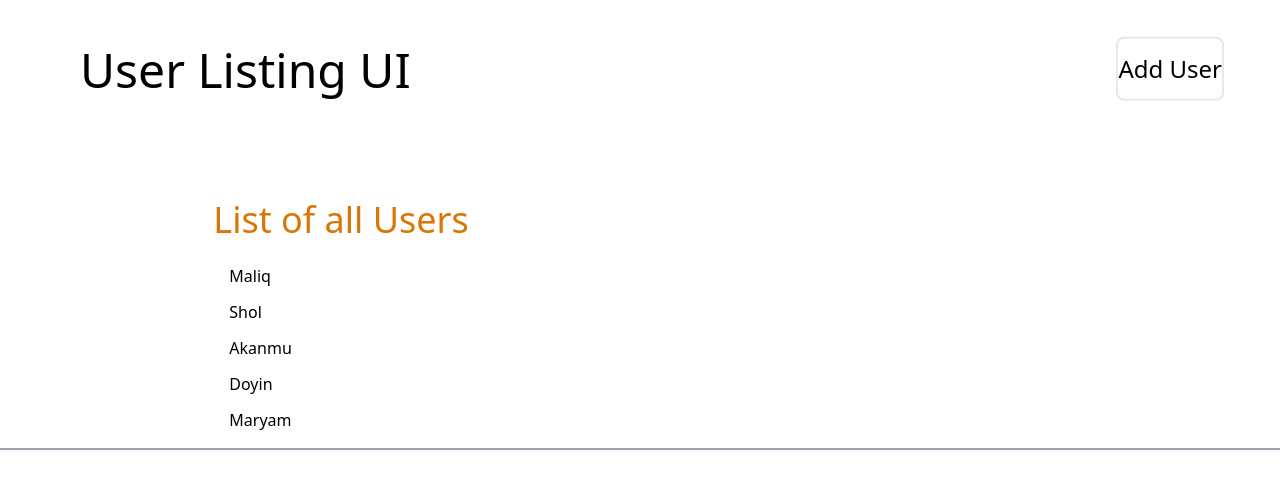
Repository: Marlstergo/listings
Page: /edit (app in client/)
These files come from the project's save history. The page is drawn as it stood at one moment and after the next save; the edit follows.
The browser window is 1280 px wide. The pictures show the whole page.
The project was rebuilt for these pictures with package versions that can differ from the ones it lists, and the page was loaded fresh each time. Also part of the build but not shown: client/craco.config.js, client/src/components/Loader.js, client/src/components/Order.js, client/src/components/Modal.js. Imported but missing from the stored project, and not drawn on this page: client/src/components/Base, client/src/components/Toppings.

Above is the page before, as saved 2021-07-20 23:55:42.

After the next save:
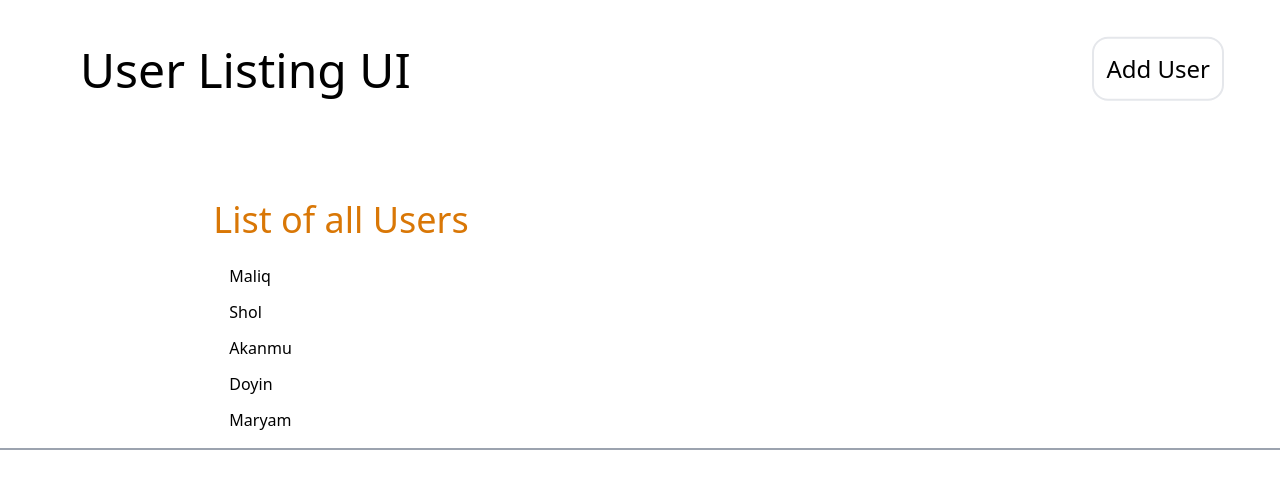
Saved 16 s later.
--- a/client/src/components/Header.js
+++ b/client/src/components/Header.js
@@ -58,7 +58,7 @@ const Header = () => {
         <h1 className=" pb-4 text-5xl">User Listing UI</h1>
         <motion.button variants={buttonVariants} whileHover="hover"
         animate="show"
-        className="text-2xl border-2 rounded-lg"
+        className="text-2xl border-2 px-3 rounded-2xl"
         >
           Add User
         </motion.button>
